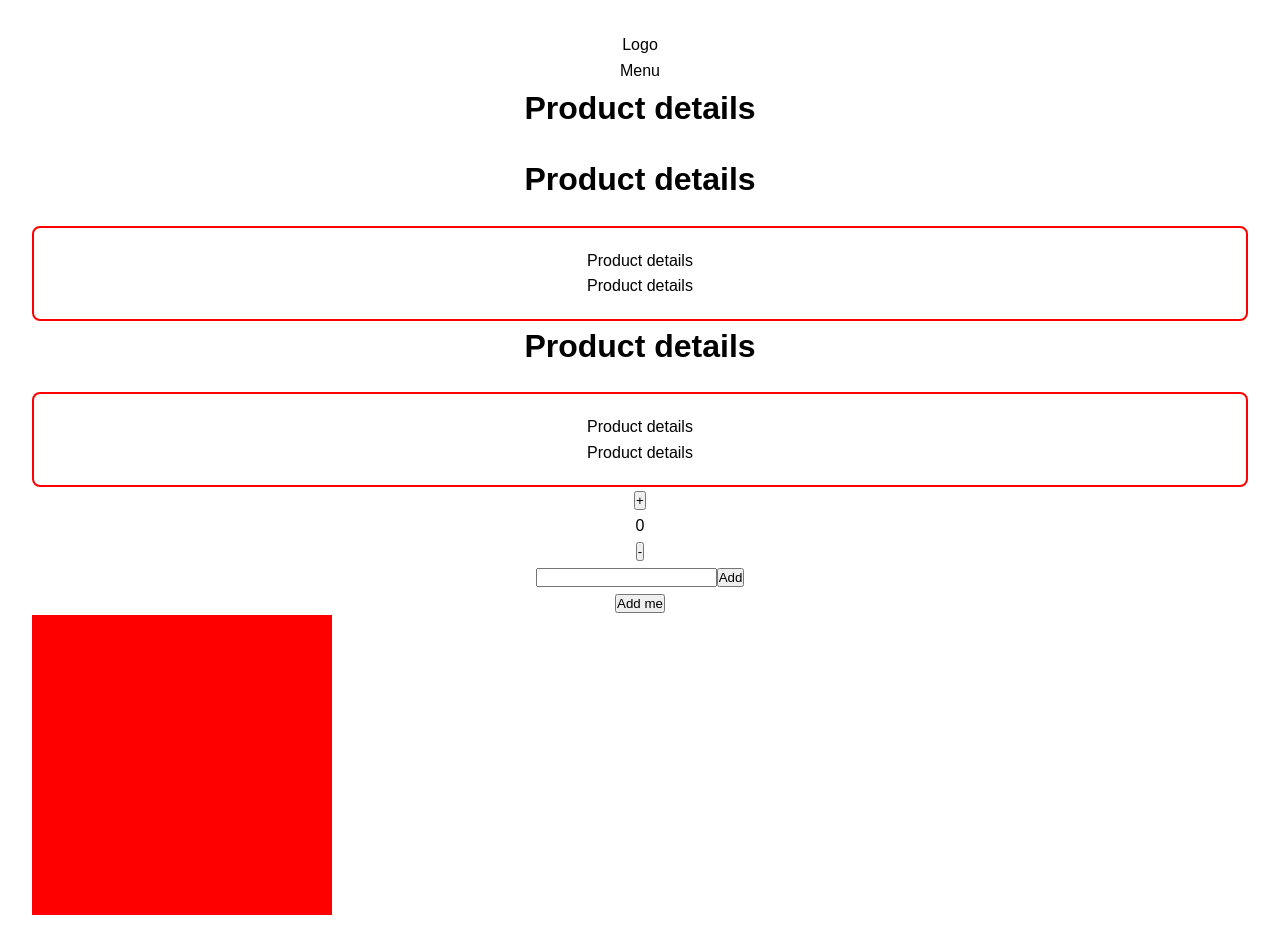
Repository: Manny1294/react-learning
Page: /
These files come from the project's save history. The page is drawn as it stood at one moment and after the next save; the edit follows.
The browser window is 1280 px wide. The pictures show the whole page.
The project was rebuilt for these pictures with package versions that can differ from the ones it lists, and the page was loaded fresh each time. Also part of the build but not shown: vite.config.js.

Above is the page before, as saved 2026-01-30 16:25:17.

After the next save:
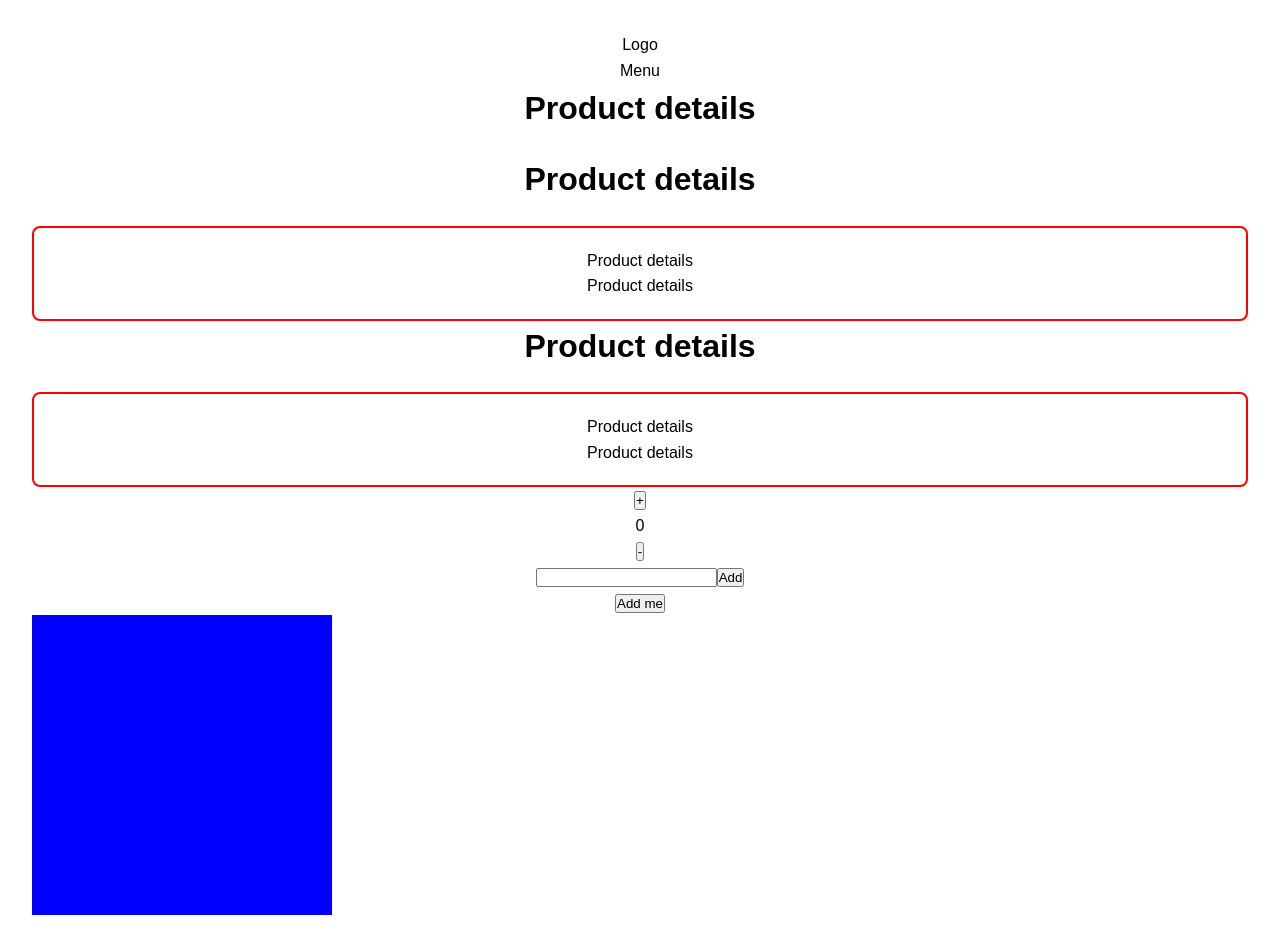
Saved 80 s later.
--- a/src/components/Toggle.jsx
+++ b/src/components/Toggle.jsx
@@ -9,7 +9,7 @@ export default function Toggle() {
         <button>Add me</button>
         <div
           style={{
-            backgroundColor: isdark ? "black" : "red",
+            backgroundColor: isdark ? "black" : "blue",
             width: "300px",
             height: "300px",
           }}
